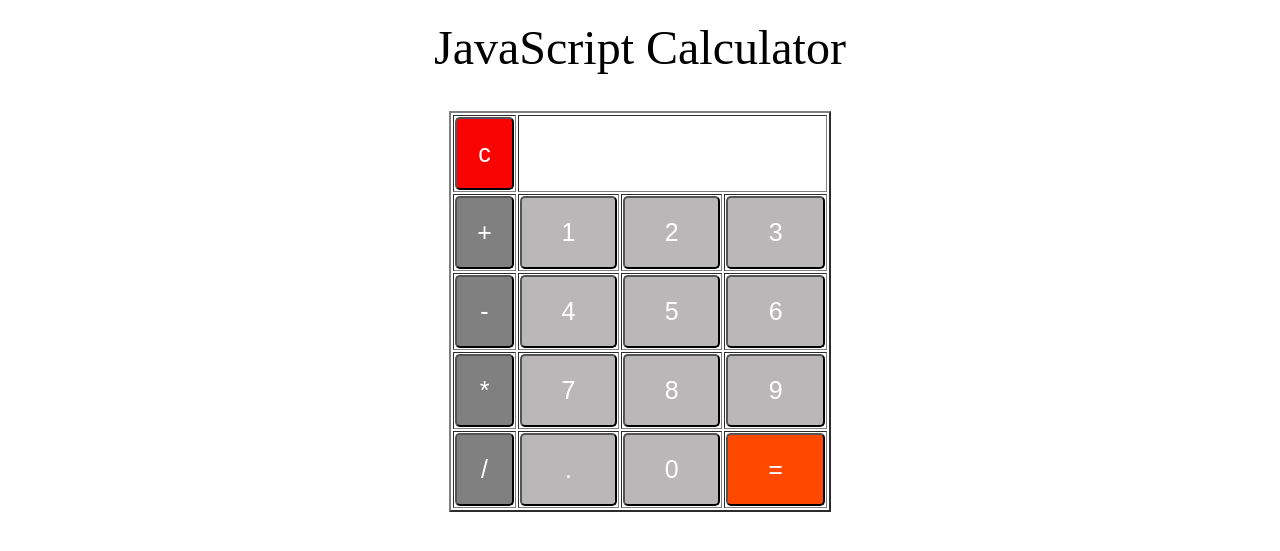
Repository: spidero7/Simple-Calculator
Page: index.html
An editor plug-in stored every save of this project. The page is shown before and after the next save, followed by the edit.
The browser window is 1280 px wide. The pictures show the whole page.

Above is the page before, as saved 2021-09-15 08:39:58.

After the next save:
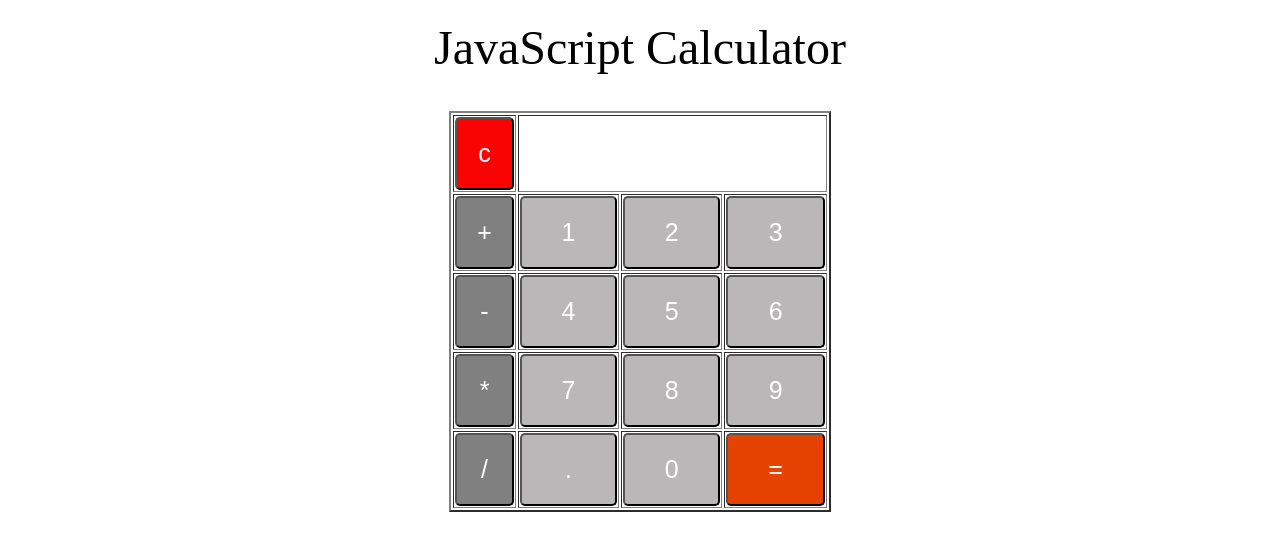
Saved 9 s later.
--- a/style.css
+++ b/style.css
@@ -57,5 +57,5 @@ input[value="c"] {
 }
 
 .equals {
-    background-color: rgb(255, 72, 0);
+    background-color: rgb(230, 67, 3);
 }
